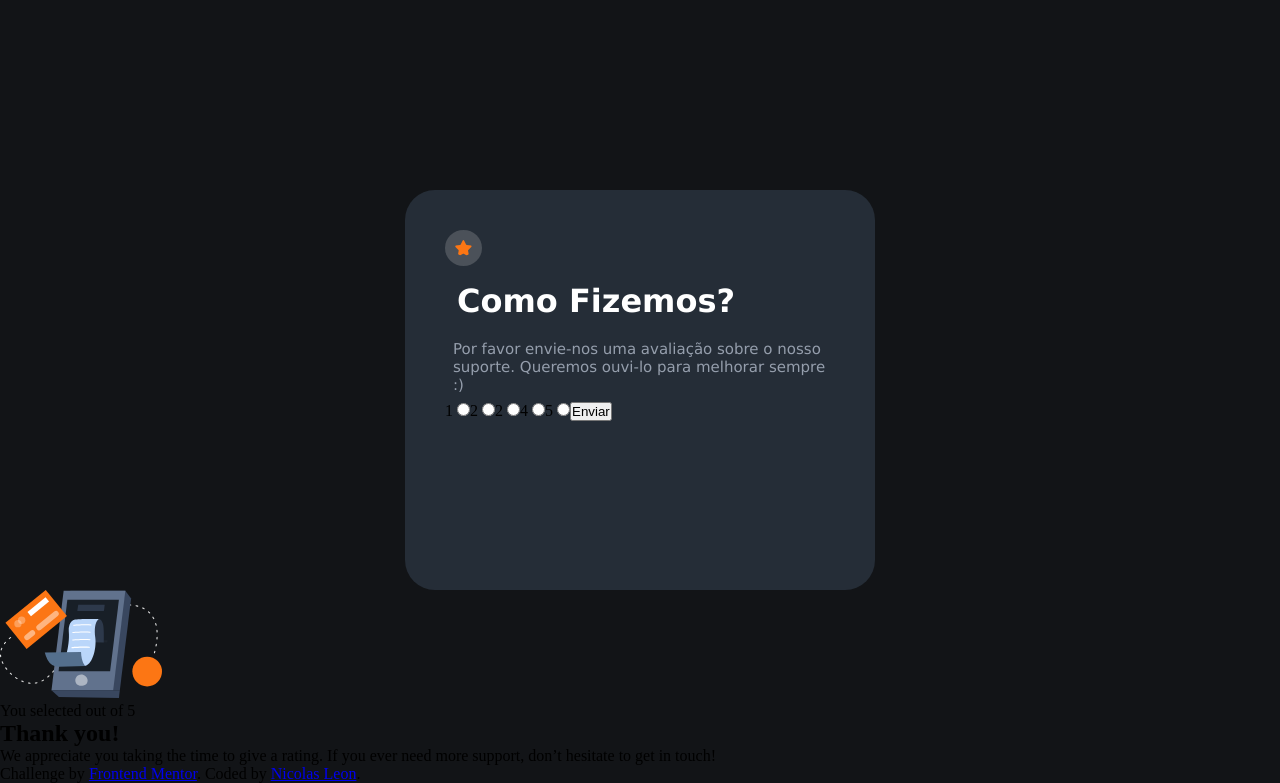
Repository: Leonngc/projeto-avaliacao
Page: index.html
The author's editor kept a copy of each file at every save. The page is drawn from the files as they stood at one save, then again after the next save.
The browser window is 1280 px wide. The pictures show the whole page.

Above is the page before, as saved 2023-01-29 20:12:01.
Console error: SyntaxError: Unexpected token ')'

### index.html
<!DOCTYPE html>
<html lang="pt-br">

<head>
  <meta charset="UTF-8">
  <meta name="viewport" content="width=device-width, initial-scale=1.0">
  <!-- displays site properly based on user's device -->

  <link rel="icon" type="image/png" sizes="32x32" href="./images/favicon-32x32.png">
  <script src="js/index.js" defer></script>

  <title>Frontend Mentor | Interactive rating component</title>

  <link rel="stylesheet" href="styles/style.css">
</head>

<body>

  <!-- Rating state start -->
  <div id="card">
    <img src="images/icon-star.svg" alt="" id="icon">
    <div id="mensage">
      <h1>Como Fizemos?</h1>
      <p>Por favor envie-nos uma avaliação sobre o nosso suporte. Queremos ouvi-lo para melhorar sempre :)</p>
    </div>
    <form id="ratting">
      <div>
        <label for="ratting-one">1</label> <input type="radio" class="ratting-btn" id="ratting-one" name="ratting">
      </div>
      <div>
        <label for="ratting-two">2</label> <input type="radio" class="ratting-btn" id="ratting-two" name="ratting">
      </div>
      <div>
        <label for="ratting-three">2</label> <input type="radio" class="ratting-btn" id="ratting-three" name="ratting">
      </div>
      <div>
        <label for="ratting-four">4</label> <input type="radio" class="ratting-btn" id="ratting-four" name="ratting">
      </div>
      <div>
        <label for="ratting-five">5</label> <input type="radio" class="ratting-btn" id="ratting-five" name="ratting">
      </div>

      <input type="submit" value="Enviar" onclick="sent()" id="">
  </div>
  </form>

  <!-- Rating state end -->

  <!-- Thank you state start -->

  <section id="result-avaliation" class="avaliation-form">
    <div id="thank-image">
      <img src="images/illustration-thank-you.svg" alt="">
    </div>


    <p id="avaliation-user">You selected <!--ratting result --> out of 5</p>
    <h1>Thank you!</h1>
    <p id="thanks-mensage">
      We appreciate you taking the time to give a rating. If you ever need more support,
      don’t hesitate to get in touch!
    </p>
  </section>

  <!-- Thank you state end -->


  <footer class="attribution">
    Challenge by <a href="https://www.frontendmentor.io?ref=challenge" target="_blank">Frontend Mentor</a>.
    Coded by <a href="#">Nicolas Leon</a>.
  </footer>
</body>

</html>

### js/index.js
switch () {
    case value:

        break;

    default:
        break;
}

### styles/style.css
:root {
  --very-dark-blue: hsl(216, 12%, 8%);
  --dark-blue: hsl(213, 19%, 18%);
  --medium-grey: hsl(216, 12%, 54%);
  --light-grey: hsl(217, 12%, 63%);
}

* {
  margin: 0;
  padding: 0;
  box-sizing: border-box;
}

body{
  background-color: var(--very-dark-blue);
}

#card{
  background-color: var(--dark-blue);
  margin: auto;
  margin-top: 190px;
  width: 470px;
  height: 400px;
  padding: 40px;
  border-radius: 30px;
}

#icon{
  background-color: rgba(211, 211, 211, 0.218);
  padding: 10px;
  border-radius: 50%;
}

#mensage > h1{
  font-family: 'Lucida Sans', 'Lucida Sans Regular', 'Lucida Grande', 'Lucida Sans Unicode', Geneva, Verdana, sans-serif;
  color: white;
  padding: 12px;
}

#mensage > p{
  padding: 8px;
  font-size: 15px;
  font-family: Verdana, Geneva, Tahoma, sans-serif;
  color: var(--light-grey);
}

#ratting{
  display: flex;
}

#sent{
  display: inline-block;
}

After the next save:
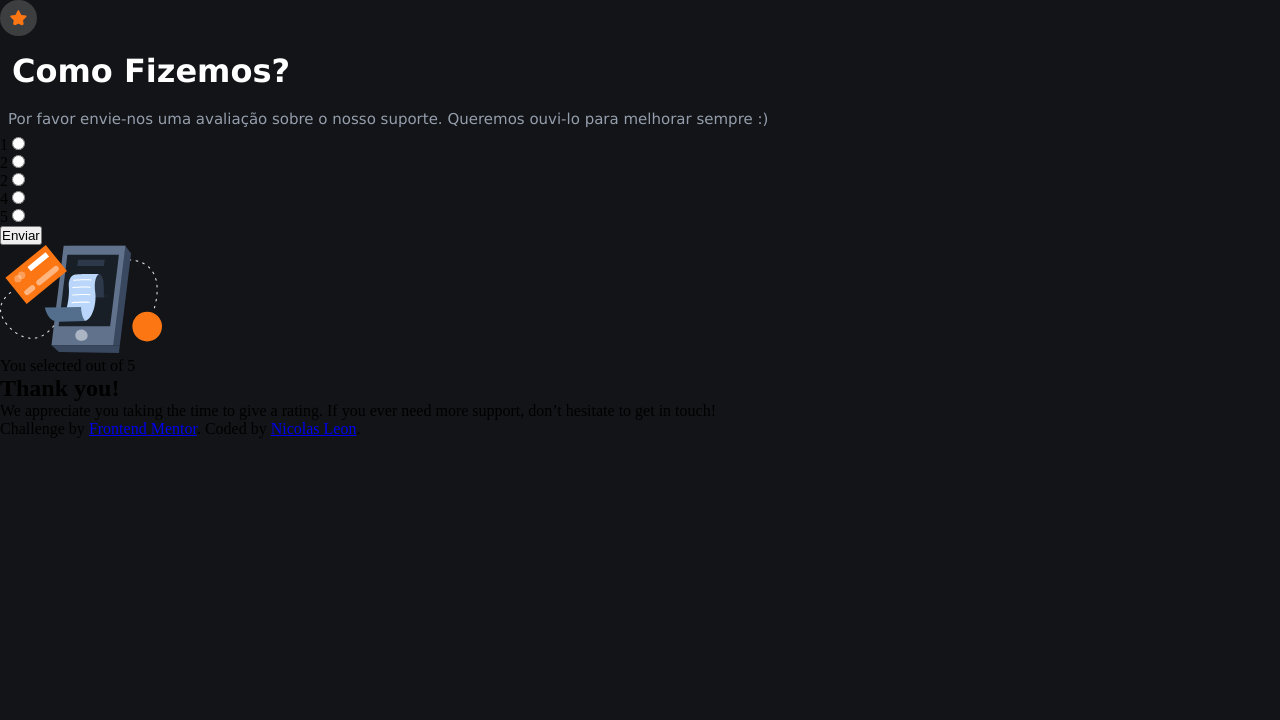
Saved 12 s later.
--- a/styles/style.css
+++ b/styles/style.css
@@ -15,7 +15,7 @@ body{
   background-color: var(--very-dark-blue);
 }
 
-#card{
+.ratting{
   background-color: var(--dark-blue);
   margin: auto;
   margin-top: 190px;
@@ -43,11 +43,3 @@ body{
   font-family: Verdana, Geneva, Tahoma, sans-serif;
   color: var(--light-grey);
 }
-
-#ratting{
-  display: flex;
-}
-
-#sent{
-  display: inline-block;
-}
